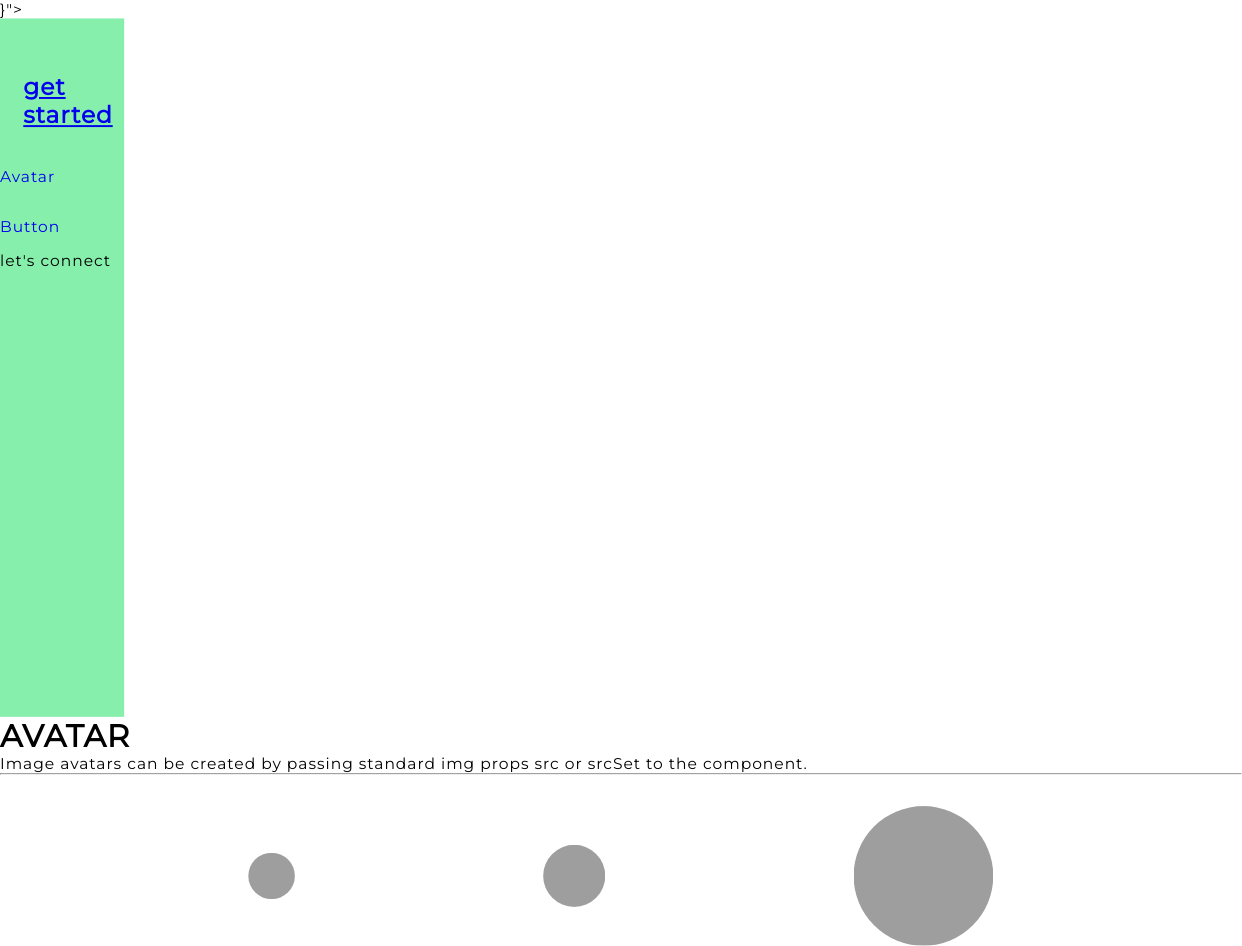
Repository: Anasooya2601/Components_UI
Page: components/Avatar/index.html
The author's editor kept a copy of each file at every save. The page is drawn from the files as they stood at one save, then again after the next save.
The browser window is 1280 px wide. The pictures show the part of the page from y = 0 to 975 px (the page is 1429 px tall before and 1461 px after), at 97% of full size.
Pictures or frames that could not be fetched are drawn as grey boxes.

Above is the page before, as saved 2022-02-12 01:28:56.
Not found: components/
Not found: components/Avatar/index.css

### components/Avatar/index.html
<!DOCTYPE html>
<html lang="en">
<head>
    <meta charset="UTF-8">
    <meta http-equiv="X-UA-Compatible" content="IE=edge">
    <meta name="viewport" content="width, initial-scale=1.0">
    <title>AVATAR</title>
    <link rel="stylesheet" href="style.css">
    <link rel="stylesheet" href="/main/main.css">
    <link rel="stylesheet" href="/components/comp.css">

    }">
</head>
<body>
    <!-- main -->
    <div class="main-container">
        <div class="navbar-wrapper">

            <div class="nav">
                <div class="navbar-header">
                <div class="logo">
                    <a href="/index.html"></a>
                 </div>
                </div>
            </div>

        <!-- topics -->
        <a href="/main/main.html" class="text">get started</a>
        <div class="navbar-main">
            <a href="/components/Avatar/index.html">Avatar</a>
            <a href="/components/Button/button.html">Button</a>
        </div>
        <!-- footer -->
        <div class="footer">
            <div class="footer-text">
                <p>let's connect</p>
            </div>
        </div>
        </div>
    </div>
    <div class="header">
        <div class="section-header">
            <div>
                <h1 class="text-header">AVATAR</h1>
                    <p class="para">
                        Image avatars can be created by passing standard img props src or srcSet to the component.
                    </p>
              <hr>

            </div>
        </div>
        <div class="section-main">
<div class="avatar_main">
    <img class="avatar pic_one" src="https://images.unsplash.com/photo-1644246612512-2f2e7d6cb933?ixlib=rb-1.2.1&ixid=MnwxMjA3fDB8MHxwaG90by1wYWdlfHx8fGVufDB8fHx8&auto=format&fit=crop&w=774&q=80" alt="" srcset="">
    <img class="avatar pic_two" src="https://images.unsplash.com/photo-1644246612512-2f2e7d6cb933?ixlib=rb-1.2.1&ixid=MnwxMjA3fDB8MHxwaG90by1wYWdlfHx8fGVufDB8fHx8&auto=format&fit=crop&w=774&q=80" alt="" srcset="">
    <img class="avatar pic_three" src="https://images.unsplash.com/photo-1644246612512-2f2e7d6cb933?ixlib=rb-1.2.1&ixid=MnwxMjA3fDB8MHxwaG90by1wYWdlfHx8fGVufDB8fHx8&auto=format&fit=crop&w=774&q=80" alt="" srcset="">
</div>
        </div>

        <div class="code">
        <iframe
            src="https://carbon.now.sh/embed?bg=rgba%28171%2C+184%2C+195%2C+1%29&t=seti&wt=none&l=javascript&width=660&ds=true&dsyoff=20px&dsblur=68px&wc=true&wa=false&pv=56px&ph=56px&ln=false&fl=1&fm=Hack&fs=14px&lh=133%25&si=false&es=2x&wm=false&code=%2520%253C%21--%2520small--%253E%2520%250A%253Cimg%2520class%253D%2522avatar%2520pic_one%2522%2520src%253D%2522https%253A%252F%252Fimages.unsplash.com%252Fphoto-1644246612512-2f2e7d6cb933%253Fixlib%253Drb-1.2.1%2526ixid%253DMnwxMjA3fDB8MHxwaG90by1wYWdlfHx8fGVufDB8fHx8%2526auto%253Dformat%2526fit%253Dcrop%2526w%253D774%2526q%253D80%2522%2520%253E%250A%2520%2520%2520%253C%21--%2520medium%2520--%253E%2520%250A%2520%2520%2520%253Cimg%2520class%253D%2522avatar%2520pic_two%2522%2520src%253D%2522https%253A%252F%252Fimages.unsplash.com%252Fphoto-1644246612512-2f2e7d6cb933%253Fixlib%253Drb-1.2.1%2526ixid%253DMnwxMjA3fDB8MHxwaG90by1wYWdlfHx8fGVufDB8fHx8%2526auto%253Dformat%2526fit%253Dcrop%2526w%253D774%2526q%253D80%2522%2520%253E%250A%2520%2520%2520%2520%2520%2520%2520%253C%21--%2520large--%253E%2520%250A%2520%2520%2520%2520%253Cimg%2520class%253D%2522avatar%2520pic_three%2522%2520src%253D%2522https%253A%252F%252Fimages.unsplash.com%252Fphoto-1644246612512-2f2e7d6cb933%253Fixlib%253Drb-1.2.1%2526ixid%253DMnwxMjA3fDB8MHxwaG90by1wYWdlfHx8fGVufDB8fHx8%2526auto%253Dformat%2526fit%253Dcrop%2526w%253D774%2526q%253D80%2522%2520%253E"
            style="width: 100%; height: 450px; border:0; transform: scale(1); overflow:hidden;"
            sandbox="allow-scripts allow-same-origin">
          </iframe>
        </div>
    </div>

</body>
</html>

### components/Avatar/style.css
.avatar_main {
    display: flex;
    justify-content: space-evenly;
    align-items: center;
    margin-top: 2rem;
  }
  .avatar {
    border-radius: var(--border-full);
    width: 1rem;
    object-fit: cover;
    border-radius: 4.5rem;
  }

  .pic_one {
    width: 3rem;
    height: 3rem;
  }
  .pic_two {
    width: 4rem;
    height: 4rem;
  }
  .pic_three {
    width: 9rem;
    height: 9rem;
  }

### main/main.css
@import url('https://fonts.googleapis.com/css2?family=Montserrat&display=swap');
*{
    margin: 0;
    padding: 0;
    box-sizing: border-box;
}

body{
    letter-spacing: 1px;
}

/* color variable */
:root{
    font-family: 'Montserrat', sans-serif;
    font-weight: 400;
    --main-color:#fca5a5;
    --green:#86efac;
}

/* logo */
.logo{
    display: flex;
    justify-content: center;
}

.logo a{
    color: var(--main-color);
    font-size: 2.5rem;
    display: flex;
    align-items: flex-end;
}




.main-container{
    display: flex;
}

.text{
    font-size: 1.5rem;
    margin: 1.5rem;
    font-weight: bold;
}
/* navbar */
.navbar-wrapper{
    width: 10%;
    height: 100vh;
    font-size: 1rem;
    flex-direction: column;
    overflow-y: scroll;
display: flex;
flex-shrink: 0;
background-color: var(--green);
}
.nav{
    display: flex;
    flex-direction: column;
}
.navbar-main{
    display: flex;
    flex-direction: column;
}
.navbar-main a{
  border-radius: 40px;
  padding: 1rem 0rem 1rem 0rem;
  letter-spacing: 1px;
  transition: 0.3s all ease-in-out;
  text-decoration: none;
}
.navbar-header{
    border-bottom: var(--main-color);
    padding: 1rem;
}

### components/comp.css
@import "./Alert/alert.css";
@import "./Avatar/index.css";
@import "./Button/button.css";
@import "../main/main.css";
@import"./";
@import"./";
@import"./";
@import"";
@import"";

### components/Button/button.css
@import url('https://fonts.googleapis.com/css2?family=Montserrat:ital@1&family=Roboto:ital,wght@0,400;1,300&family=Space+Grotesk:wght@700&display=swap');
.main-text{
    margin: 2rem 0;
}

.btn-container{
display: flex;
flex-wrap: wrap;
margin-top: 1.5rem;
gap: 1rem;
align-items: center;


}

.btn {
border:none;
background-color: none;
outline: none;
padding: 0.5rem 1rem;
border: 5px;
border-radius: 5px;
font-size: 1.1rem;
cursor: pointer;
color: #0e9aeb;
font-family: 'Gill Sans', 'Gill Sans MT', Calibri, 'Trebuchet MS', sans-serif;
}

.primary{
    background-color:#fbbf24 ;

}
.secondary{
    background-color: #fca5a5;
}
.danger{
    background-color: #bef264;
}
.success{
    background-color: #0369a1;
}
.warning{
    background-color: #ded48f;
}

/* outlined-button */
.outlined-sub{
    margin-top: 1.5rem;
}
.outlined-btn{
border-radius: 8px;
font-size: 1.1rem;
letter-spacing: 1px;
color:#0369a1;
background-color: white;
cursor: pointer;
padding: 0.5rem;
gap: 1rem;
}
.outlined-primary{
    border: 0.5px solid #0369a1;
}
.outlined-secondary{
    border: 0.5px solid #0369a1;
}
.outlined-warning{
    border: 0.5px solid #0369a1;
}
.outlined-attention{
    border: 0.5px solid #0369a1;
}
.btn-icon{
background-color: white;
cursor: pointer;
}
/* icon-btn */


/* floating-btn */
.btn-float{
    color: white;
    background-color: #0e9aeb;
    padding: 0.6rem 1rem;
    box-shadow: #ded48f 0px 8px 16px;
}

Loaded but not shown: components/Alert/Alert.css (no stored copy; drawn as an empty file)

After the next save:
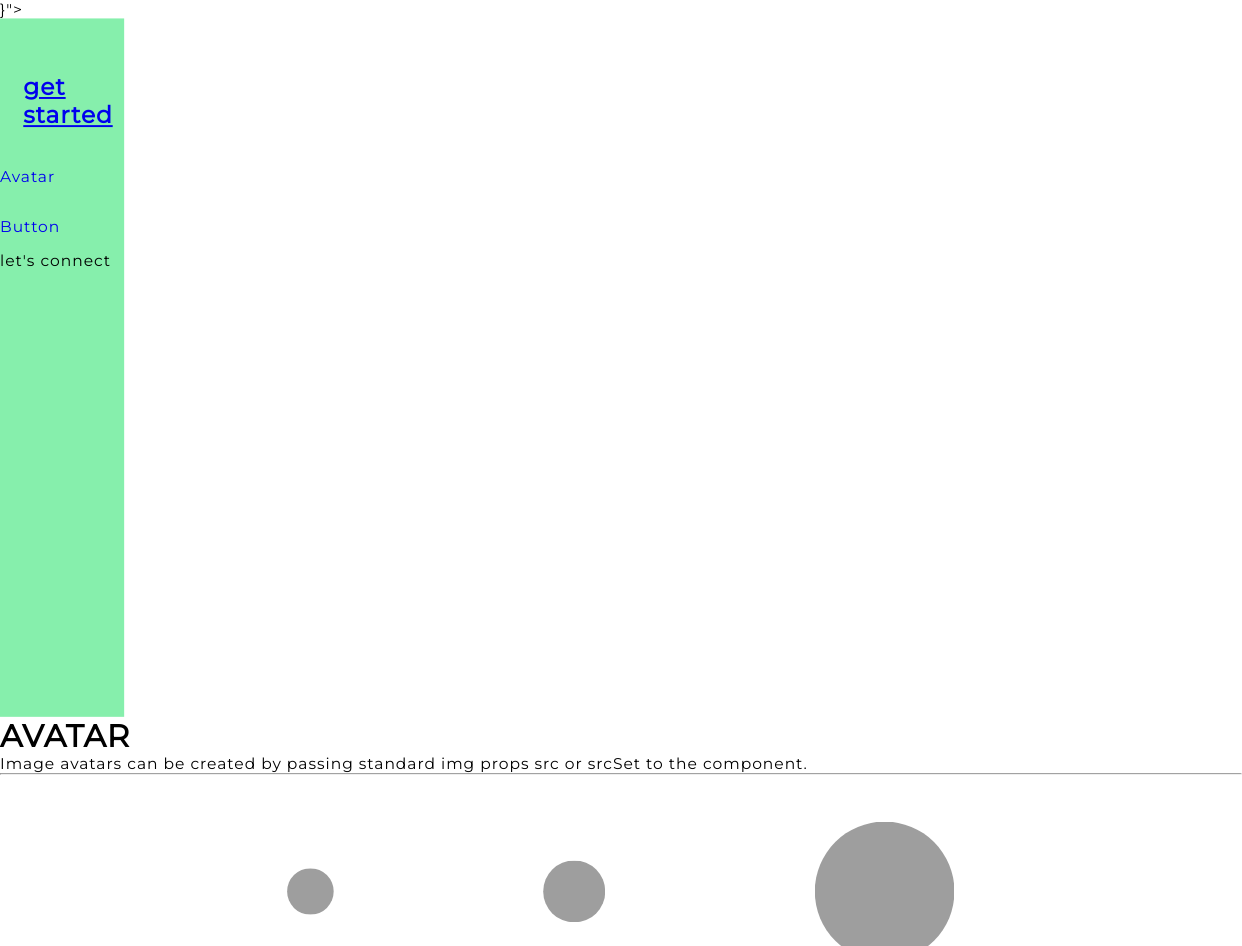
Saved 62 s later.
--- a/components/Avatar/style.css
+++ b/components/Avatar/style.css
@@ -3,6 +3,7 @@
     justify-content: space-evenly;
     align-items: center;
     margin-top: 2rem;
+    padding: 1rem 5rem 1rem 5rem;
   }
   .avatar {
     border-radius: var(--border-full);
